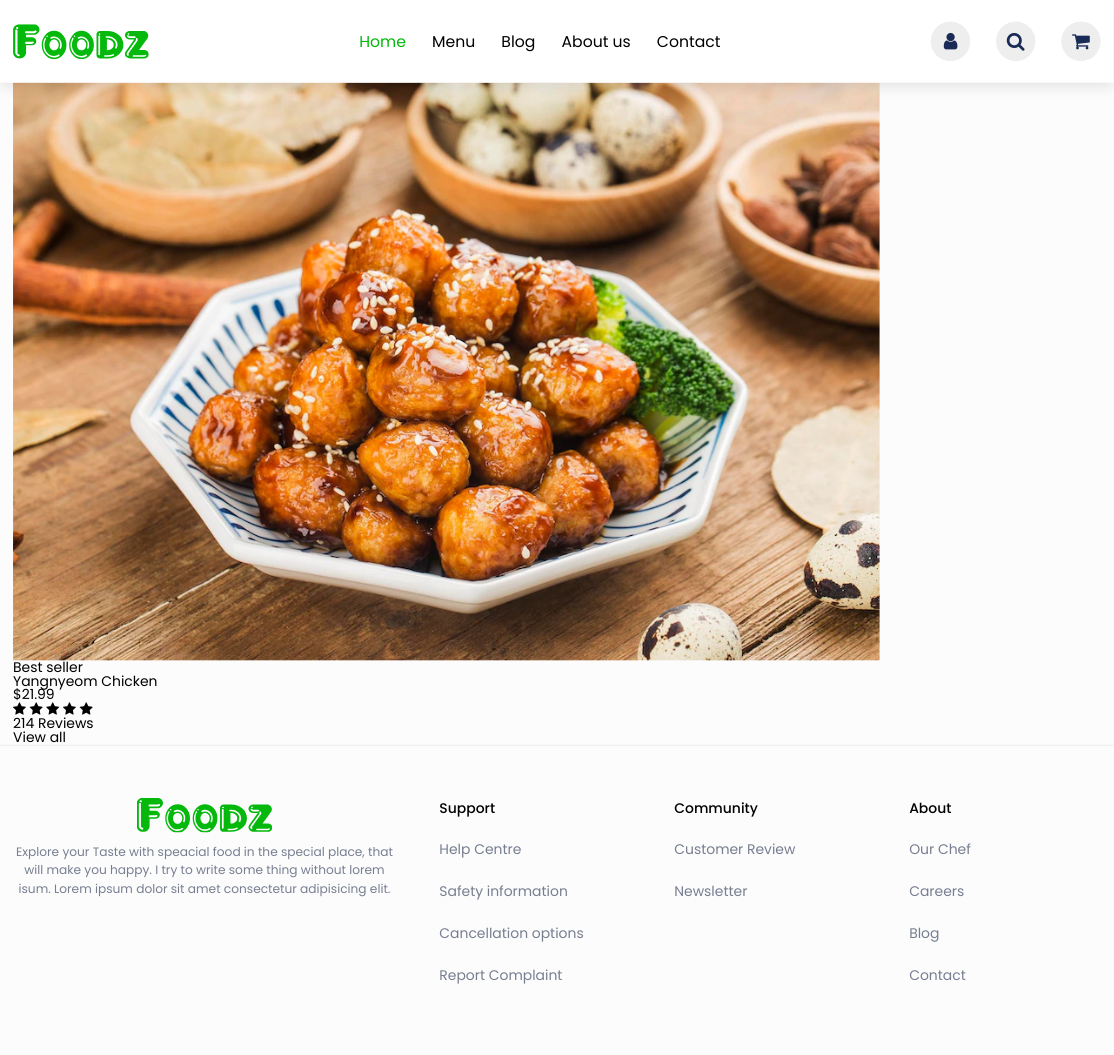
Repository: Toan3333/fooz
Page: assets/pages/product-detail.html
An editor plug-in stored every save of this project. The page is shown before and after the next save, followed by the edit.
The browser window is 1280 px wide. The pictures show the whole page, at 87% of full size.
Some web fonts or font styles are not loaded; a fallback is used.

Above is the page before, as saved 2023-06-02 10:31:07.

After the next save:
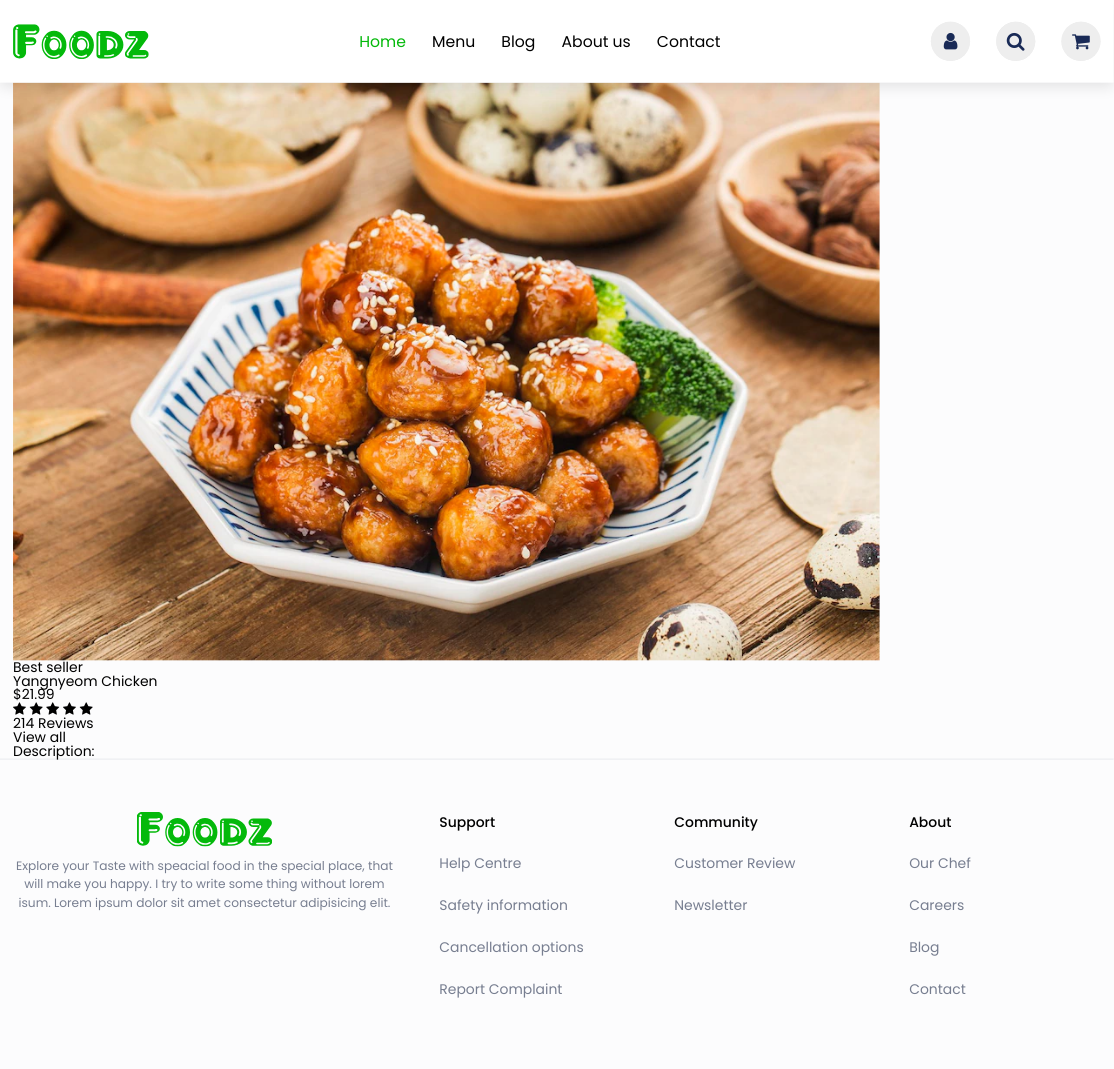
Saved 46 s later.
--- a/assets/pages/product-detail.html
+++ b/assets/pages/product-detail.html
@@ -89,6 +89,7 @@
                   <div class="product-detail__view">214 Reviews</div>
                 </div>
                 <div class="product-detail__viewall">View all</div>
+                <div class="product-detail__text">Description:</div>
               </div>
             </div>
           </div>
